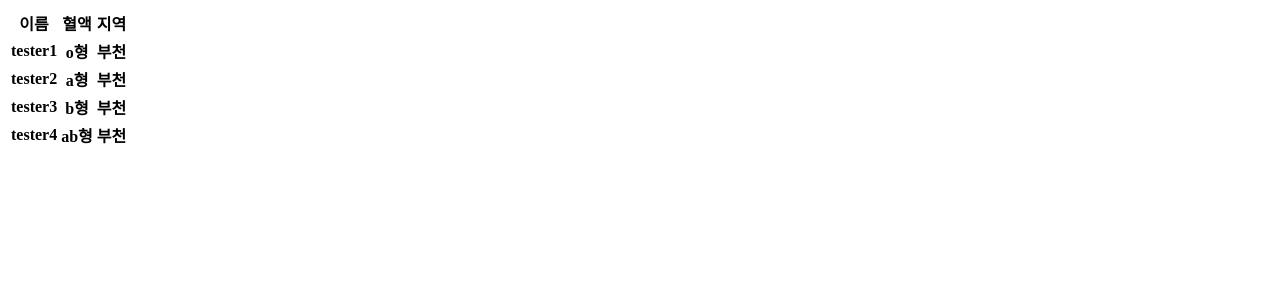
Repository: KYJIN1024/kic_jquery
Page: http://localhost/JQueryEx01/jquery11.jsp
These files come from the project's save history. The page is drawn as it stood at one moment and after the next save; the edit follows.
The browser window is 1280 px wide. The pictures show the whole page.
The page is served by Tomcat 9.

Above is the page before, as saved 2023-05-15 06:45:24.

After the next save:
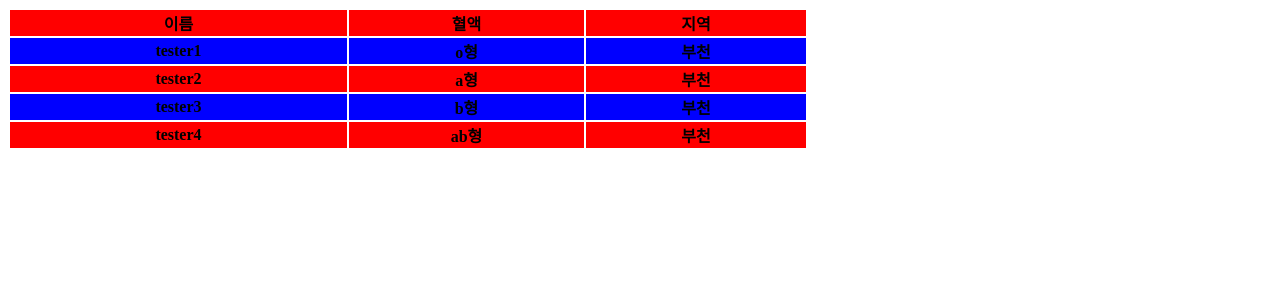
Saved 82 s later.
--- a/JQueryEx01/src/main/webapp/jquery11.jsp
+++ b/JQueryEx01/src/main/webapp/jquery11.jsp
@@ -11,9 +11,10 @@
 <script>
 	// window.jquery => jquery => $ (축약된표현)
 	$( document ).ready(function(){
-			//자손( '>' )과 후손(' ')
-			$('div > * ').css( 'color', 'red' );
-			$( 'div  *' ).css( 'color', 'red' );
+			$( 'table' ).css('width', '800' );
+
+			$( 'tr:odd' ).css('background-color', 'blue' );
+			$( 'tr:even' ).css('background-color', 'red' );
 	});
 
 
